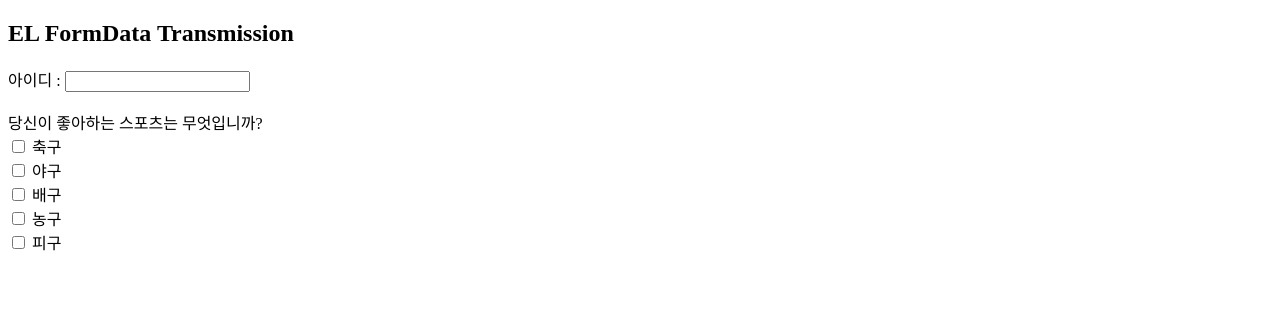
Repository: okgunyang/jsp
Page: http://localhost/practice02/05ELDataForm.jsp
These files come from the project's save history. The page is drawn as it stood at one moment and after the next save; the edit follows.
The browser window is 1280 px wide. The pictures show the whole page.
The page is served by Tomcat 9. Other server files are loaded and not shown.

Above is the page before, as saved 2022-11-10 04:41:57.

### practice02/WebContent/05ELDataForm.jsp
<%@ page language="java" contentType="text/html; charset=UTF-8"
    pageEncoding="UTF-8"%>
<%@ taglib prefix="c" uri="http://java.sun.com/jsp/jstl/core"  %>
<%@ taglib prefix="fmt" uri="http://java.sun.com/jsp/jstl/fmt" %>
<%@ page import="java.util.*, java.lang.*" %>
<%@ page import="java.text.*, java.net.InetAddress" %>
<%@ page import="com.example.*" %>
<%@ include file="common.jsp" %>
<%
	pageContext.setAttribute("pname", "김기태");
	request.setAttribute("rname", "김태엽");
	session.setAttribute("sname", "강병수");
	application.setAttribute("aname", "김연정");
%>
<!DOCTYPE html>
<html>
<head>
<meta charset="UTF-8">
<title>05ELDataForm</title>
</head>
<body>
	<h2>EL FormData Transmission</h2>
	<form action="05ELParam" method="post">
		<label for="id">아이디</label> : <input type="text" name="id" id="id"><br><br>
		당신이 좋아하는 스포츠는 무엇입니까?<br>
		<input type="checkbox" id="hobby1" name="hobby">
		<label for="hobby1">축구</label><br>
		<input type="checkbox" id="hobby2" name="hobby">
		<label for="hobby2">야구</label><br>
		<input type="checkbox" id="hobby3" name="hobby">
		<label for="hobby3">배구</label><br>
		<input type="checkbox" id="hobby4" name="hobby">
		<label for="hobby4">농구</label><br>
		<input type="checkbox" id="hobby5" name="hobby">
		<label for="hobby5">피구</label><br>
	</form>
</body>
</html>

### practice02/WebContent/common.jsp
<%@ page language="java" contentType="text/html; charset=UTF-8"
    pageEncoding="UTF-8"%>
<%
%>

After the next save:
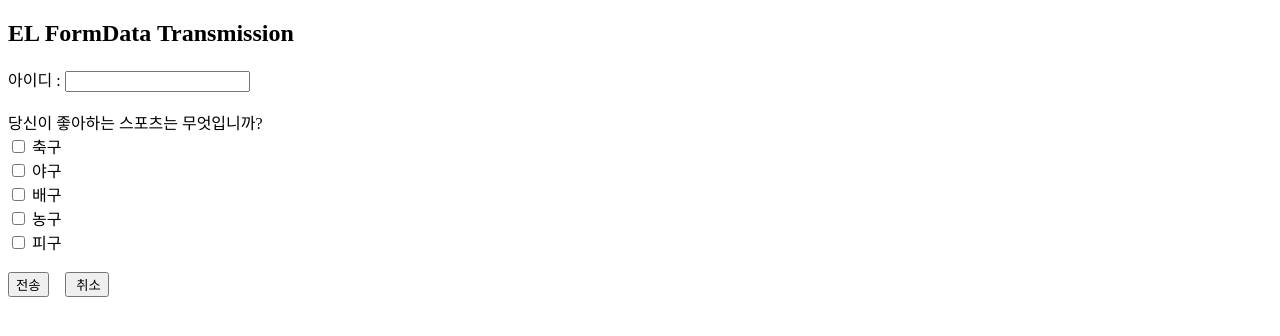
Saved 52 s later.
--- a/practice02/WebContent/05ELDataForm.jsp
+++ b/practice02/WebContent/05ELDataForm.jsp
@@ -32,7 +32,9 @@
 		<input type="checkbox" id="hobby4" name="hobby">
 		<label for="hobby4">농구</label><br>
 		<input type="checkbox" id="hobby5" name="hobby">
-		<label for="hobby5">피구</label><br>
+		<label for="hobby5">피구</label><br><br>
+		<input type="submit" value="전송">&nbsp;&nbsp;&nbsp;
+		<input type="reset" value=" 취소">
 	</form>
 </body>
 </html>
